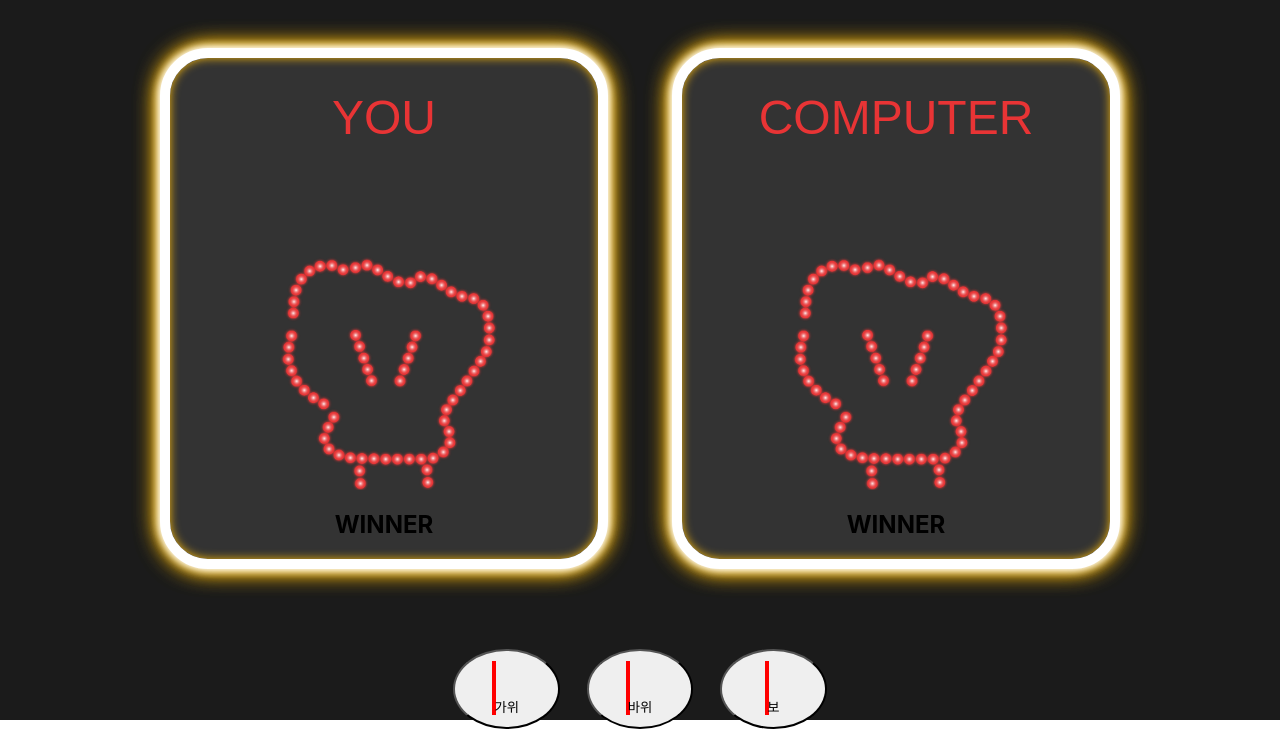
Repository: KIMMIHYE12/classComponent
Page: /
The author's editor kept a copy of each file at every save. The page is drawn from the files as they stood at one save, then again after the next save.
The browser window is 1280 px wide. The pictures show the whole page.
Some web fonts or font styles are not loaded; a fallback is used. The project was rebuilt for these pictures with package versions that can differ from the ones it lists, and the page was loaded fresh each time.

Above is the page before, as saved 2024-03-18 22:20:04.

After the next save:
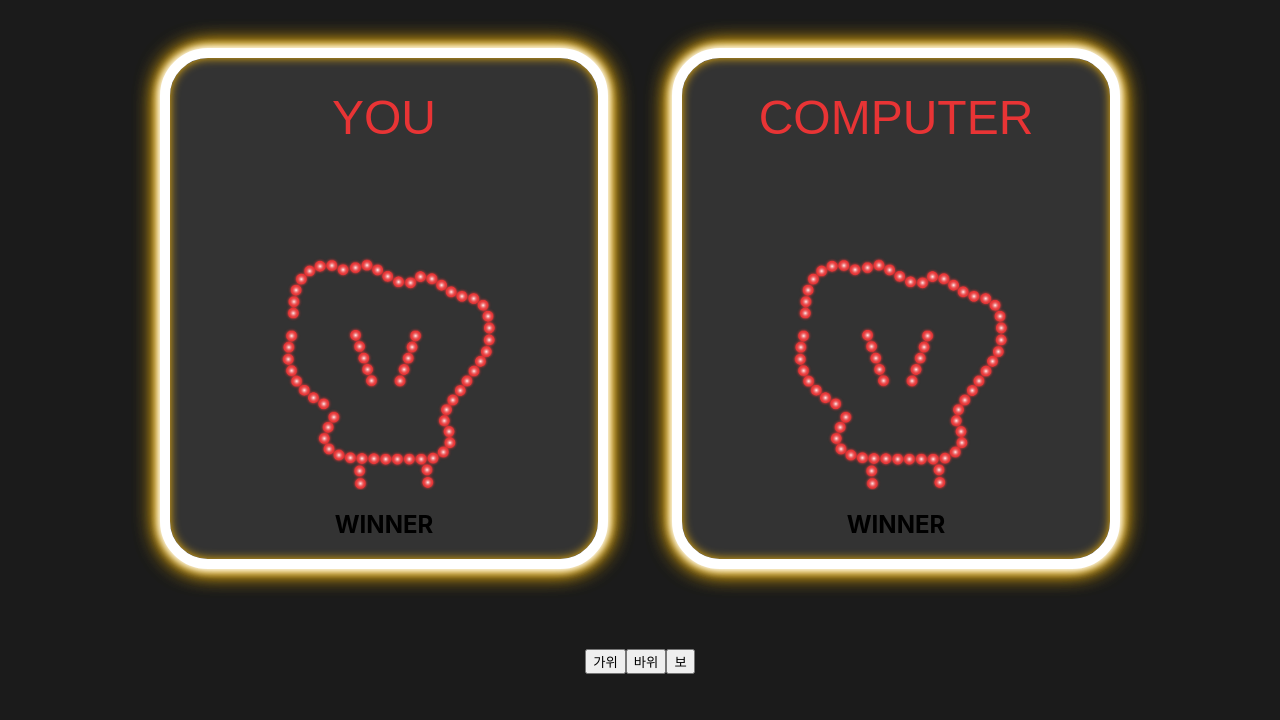
Saved 32 min 41 s later.
--- a/src/App.css
+++ b/src/App.css
@@ -42,10 +42,11 @@
 }
 
 .btn_wrap {
+  position: relative;
   margin-top: 5em;
   display: flex;
   justify-content: center;
-}
+  z-index: 1;
 
 .btn_wrap button {
   position: relative;

After the save that followed:
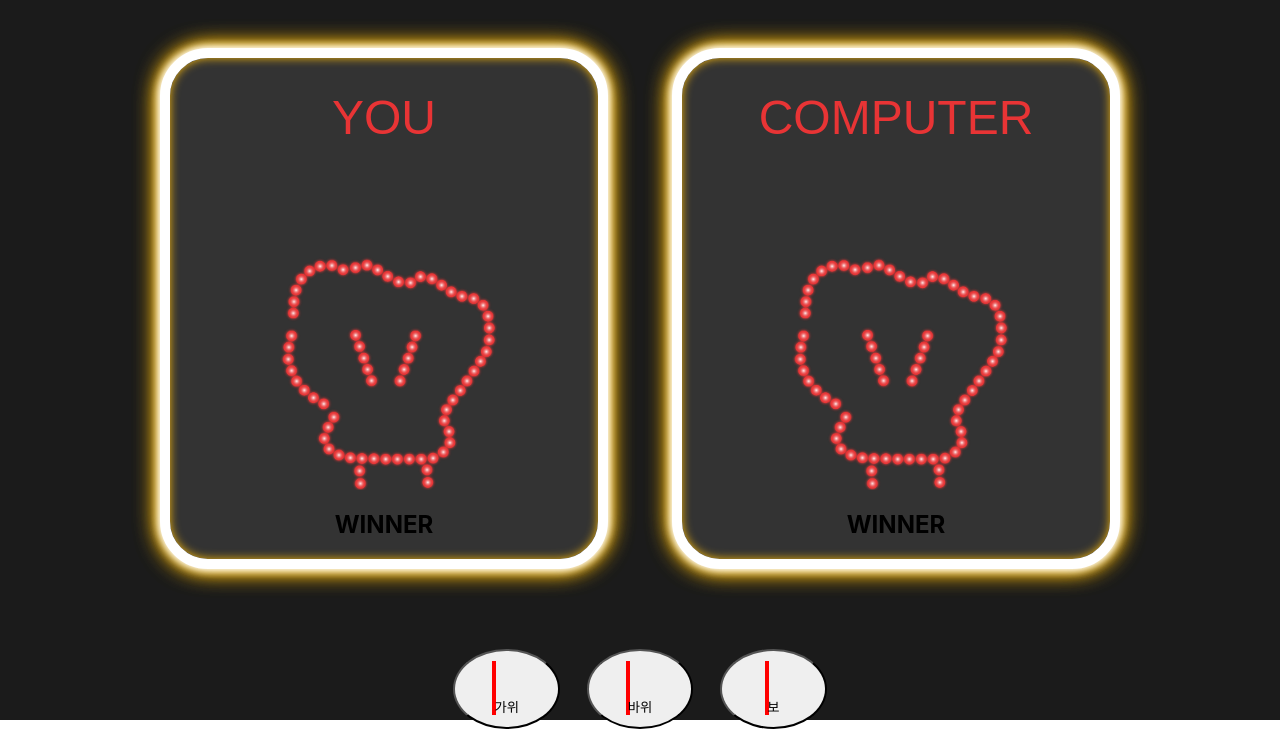
Saved 9 s later.
--- a/src/App.css
+++ b/src/App.css
@@ -47,6 +47,7 @@
   display: flex;
   justify-content: center;
   z-index: 1;
+}
 
 .btn_wrap button {
   position: relative;
